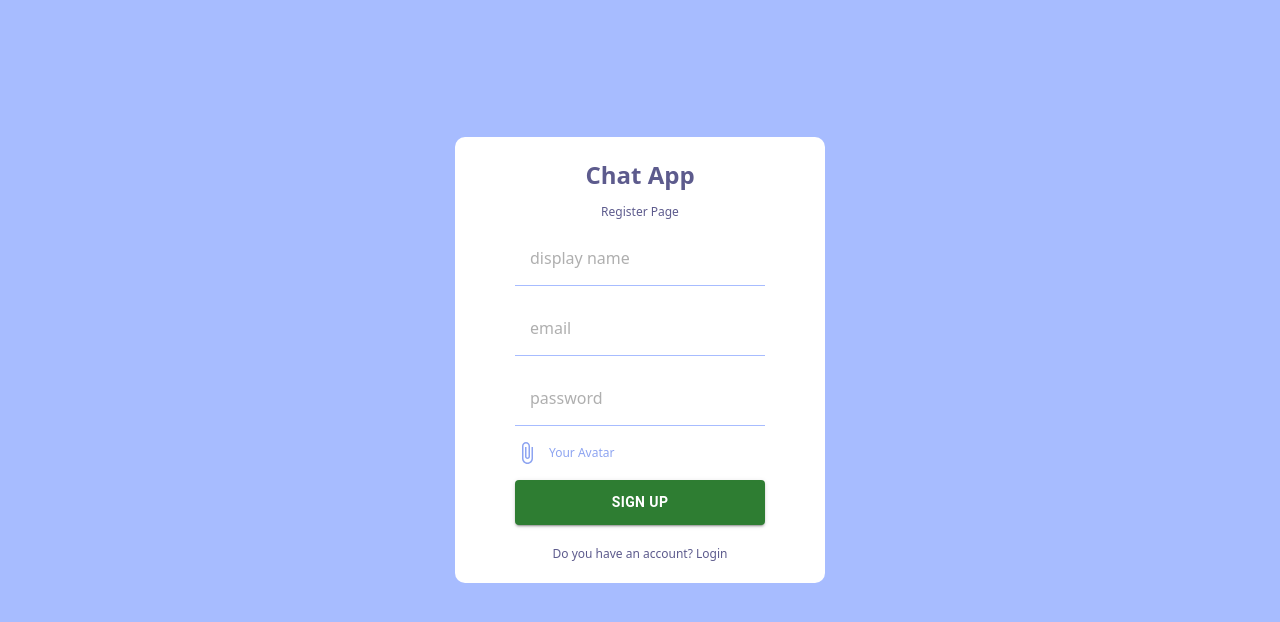
Repository: Nurlan-Bakenbaev/chat-app
Page: /register
The author's editor kept a copy of each file at every save. The page is drawn from the files as they stood at one save, then again after a run of saves.
The browser window is 1280 px wide. The pictures show the whole page.
The project was rebuilt for these pictures with package versions that can differ from the ones it lists, and the page was loaded fresh each time. Also part of the build but not shown: vite.config.js, src/components/Search.jsx, src/components/Chats.jsx, src/components/Navbar.jsx, src/components/SideBar.jsx, src/components/Message.jsx, src/components/Messages.jsx, src/components/Input.jsx and 2 more. Imported but missing from the stored project, and not drawn on this page: src/pages/Login.

Above is the page before, as saved 2023-08-23 19:43:02.

After the next 2 saves:
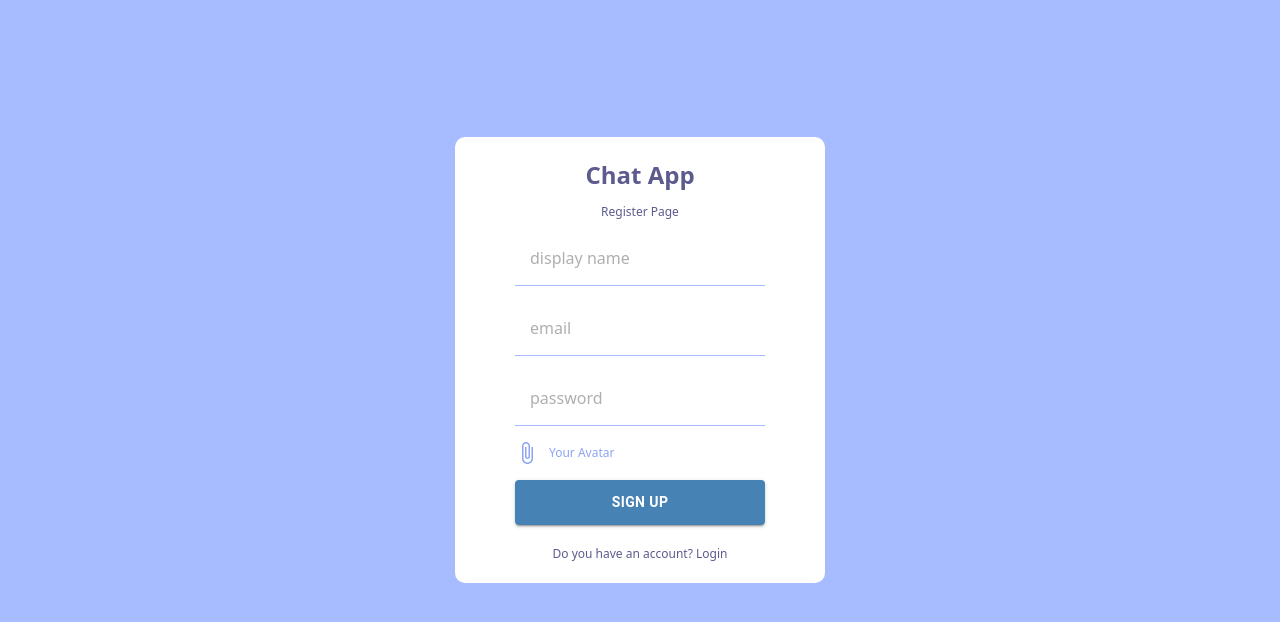
The 2 saves are shown as one change because they came seconds apart.
The last was saved 6 s later.
--- a/src/style.scss
+++ b/src/style.scss
@@ -58,7 +58,7 @@
       }
 
       button {
-        background-color:blu;
+        background-color:steelblue;
         color: white;
         padding: 10px;
         font-weight: bold;
